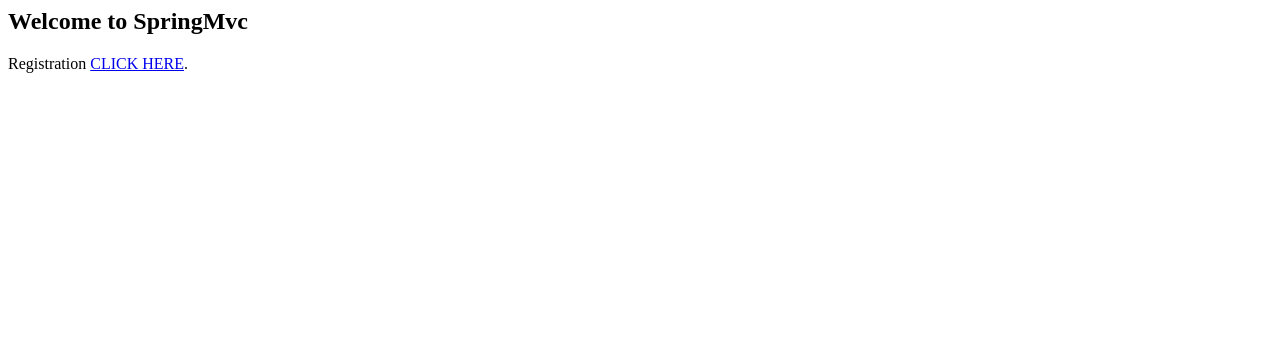
Repository: OrusuRatnamala/JAVA
Page: http://localhost/TrainWeb/
These files come from the project's save history. The page is drawn as it stood at one moment and after the next save; the edit follows.
The browser window is 1280 px wide. The pictures show the whole page.
The page is served by Tomcat 9. Other server files are loaded and not shown.

Above is the page before, as saved 2023-10-11 18:19:03.

### springdao/TrainWeb/src/main/webapp/index.jsp
<html>
<body>
	<h2>Welcome to SpringMvc</h2>
	Registration
	<a href="registration.jsp">CLICK HERE</a>.
</body>
</html>

After the next save:
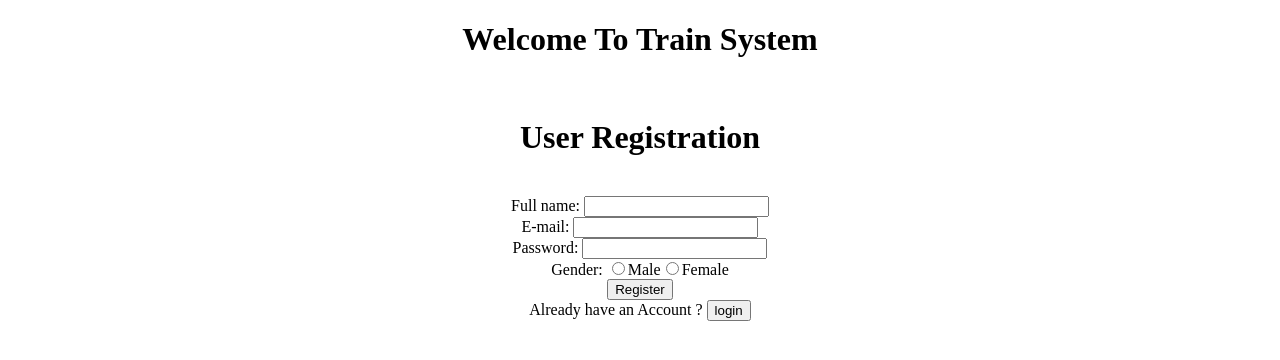
Saved 11 min 4 s later.
--- a/springdao/TrainWeb/src/main/webapp/index.jsp
+++ b/springdao/TrainWeb/src/main/webapp/index.jsp
@@ -1,7 +1,25 @@
+<%@ page language="java" contentType="text/html; charset=ISO-8859-1"
+	pageEncoding="ISO-8859-1"%>
+<!DOCTYPE html PUBLIC "-//W3C//DTD HTML 4.01 Transitional//EN" "http://www.w3.org/TR/html4/loose.dtd">
 <html>
-<body>
-	<h2>Welcome to SpringMvc</h2>
-	Registration
-	<a href="registration.jsp">CLICK HERE</a>.
+<head>
+<meta http-equiv="Content-Type" content="text/html; charset=ISO-8859-1">
+<title>Creation</title>
+</head>
+<body align="center">
+	<form action="register" method="post">
+		<h1>Welcome To Train System</h1>
+		</br>
+		<h1>User Registration</h1>
+		</br> Full name: <input type="text" name="name" /></br> E-mail: <input
+			type="email" name="email" /></br> Password: <input type="password"
+			name="password" /></br> Gender: <input type="radio" name="gender"
+			value="male">Male</input><input type="radio" name="gender"
+			value="female">Female</input></br> <input type="submit" value="Register" />
+
+	</form>
+	<form action="create">
+		Already have an Account ? <input type="submit" value="login" />
+	</form>
 </body>
 </html>
